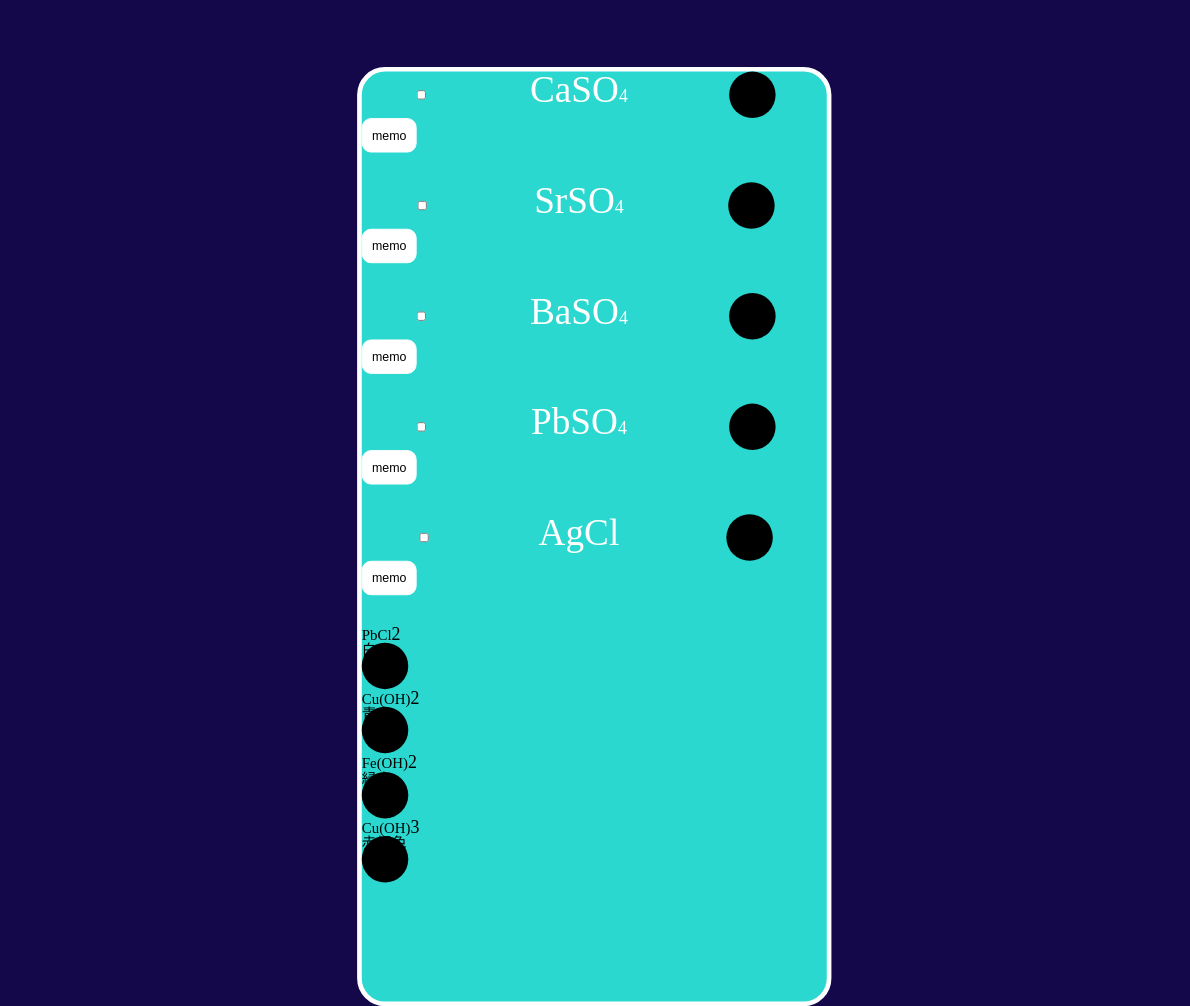
Repository: 1000sky/Inorganic_chemistry_application
Page: http://localhost/
An editor plug-in stored every save of this project. The page is shown before and after the next save, followed by the edit.
The browser window is 1280 px wide. The pictures show the whole page, at 93% of full size.
The page is served by the project's Laravel application, run on PHP 8.4 with Laravel 8. Other server files are loaded and not shown.

Above is the page before, as saved 2022-07-12 20:25:58.

### application/routes/web.php
<?php

use Illuminate\Support\Facades\Route;

/*
|--------------------------------------------------------------------------
| Web Routes
|--------------------------------------------------------------------------
|
| Here is where you can register web routes for your application. These
| routes are loaded by the RouteServiceProvider within a group which
| contains the "web" middleware group. Now create something great!
|
*/

Route::get('/home', function () {
    return view('welcome');
});

Route::get('/dashboard', function () {
    return view('dashboard');
})->middleware(['auth'])->name('dashboard');

require __DIR__.'/auth.php';



Route::get('/', function () {
    return view('index');
});

Route::get('/start', function () {
    return view('start');
})->middleware('auth');

Route::get('/explanation', function () {
    return view('explanation');
});

### application/resources/views/index.blade.php
<!DOCTYPE html>
<html lang="ja">
<head>
    <meta charset="UTF-8">
    <meta name="viewport" content="width=device-width, initial-scale=1.0">
    <meta http-equiv="X-UA-Compatible" content="ie=edge">
    <title>Inorganic_chemistry_application</title>
    <link rel="stylesheet" href="css/reset.css" >
    <link rel="stylesheet" href="css/index.css" />

    <script language="JavaScript"><!--
      function setTF(fObj,vType)
      {
        fObj.style.visibility = vType;
      }
       --></script>
</head>
<body>
    <div class=card>
        <div class=memorize>
          <input type="checkbox" class=checkbox name="">
          <div class=Chemical-formula>CaSO<span>4</span></div>
          <div class=circle></div>
        </div>
        <form>
          <input type="button" class=button name="" value="memo" onClick="setTF(this.form.text1,'visible')">
          <input type="text" name="text1" style="visibility:hidden"><br>
        </form>
        <br>
        <br>


        <div class=memorize>
          <input type="checkbox" class=checkbox name="">
          <div class=Chemical-formula>SrSO<span>4</span></div>
          <div class=circle></div>
        </div>
        <form>
          <input type="button" class=button name="" value="memo" onClick="setTF(this.form.text1,'visible')">
          <input type="text" name="text1" style="visibility:hidden"><br>
        </form>
        <br>
        <br>


        <div class=memorize>
          <input type="checkbox" class=checkbox name="">
          <div class=Chemical-formula>BaSO<span>4</span></div>
          <div class=circle></div>
        </div>
        <form>
          <input type="button" class=button name="" value="memo" onClick="setTF(this.form.text1,'visible')">
          <input type="text" name="text1" style="visibility:hidden"><br>
        </form>
        <br>
        <br>


        <div class=memorize>
          <input type="checkbox" class=checkbox name="">
          <div class=Chemical-formula>PbSO<span>4</span></div>
          <div class=circle></div>
        </div>
        <form>
          <input type="button" class=button name="" value="memo" onClick="setTF(this.form.text1,'visible')">
          <input type="text" name="text1" style="visibility:hidden"><br>
        </form>
        <br>
        <br>


        <div class=memorize>
          <input type="checkbox" class=checkbox name="">
          <div class=Chemical-formula>AgCl</div>
          <div class=circle></div>
        </div>
        <form>
          <input type="button" class=button name="" value="memo" onClick="setTF(this.form.text1,'visible')">
          <input type="text" name="text1" style="visibility:hidden"><br>
        </form>
        <br>
        <br>




     <div>PbCl<span>2</span> <div class=circle>白</div> </div>


     <div>Cu(OH)<span>2</span> <div class=circle>青白</div> </div>
     <div>Fe(OH)<span>2</span> <div class=circle>緑白</div> </div>
     <div>Cu(OH)<span>3</span> <div class=circle>赤褐色</div> </div>


     {{-- 水酸化物まで --}}

    </div>

</body>
</html>

### application/public/css/index.css
body {
    background-color: rgb(20, 8, 75);
}

.card {
  position: absolute;
  top: 10%;
  left: 30%;
  width: 500px;
  height: 1000px;
  background-color: rgb(42, 216, 208);
  border: solid 5px white;
  border-radius: 30px;
}
.checkbox{
    width: 10px;

}
.memorize{
  display: flex;
  justify-content: space-around;
}

.Chemical-formula {
    color: white;
    font-size: 2.5rem;
}

.circle{
  width: 50px;
  height: 50px;
  background: black;
  border-radius: 50%;

}
.circle:hover{
    background-color: white;

}

.button{
    border-radius: 10px;
    border: solid 1px white;
    background-color: white;
    padding: 10px;
}

span {
  font-size: 1.2rem;
}

Loaded but not shown: application/routes/auth.php (common file); application/public/css/reset.css (common file)

After the next save:
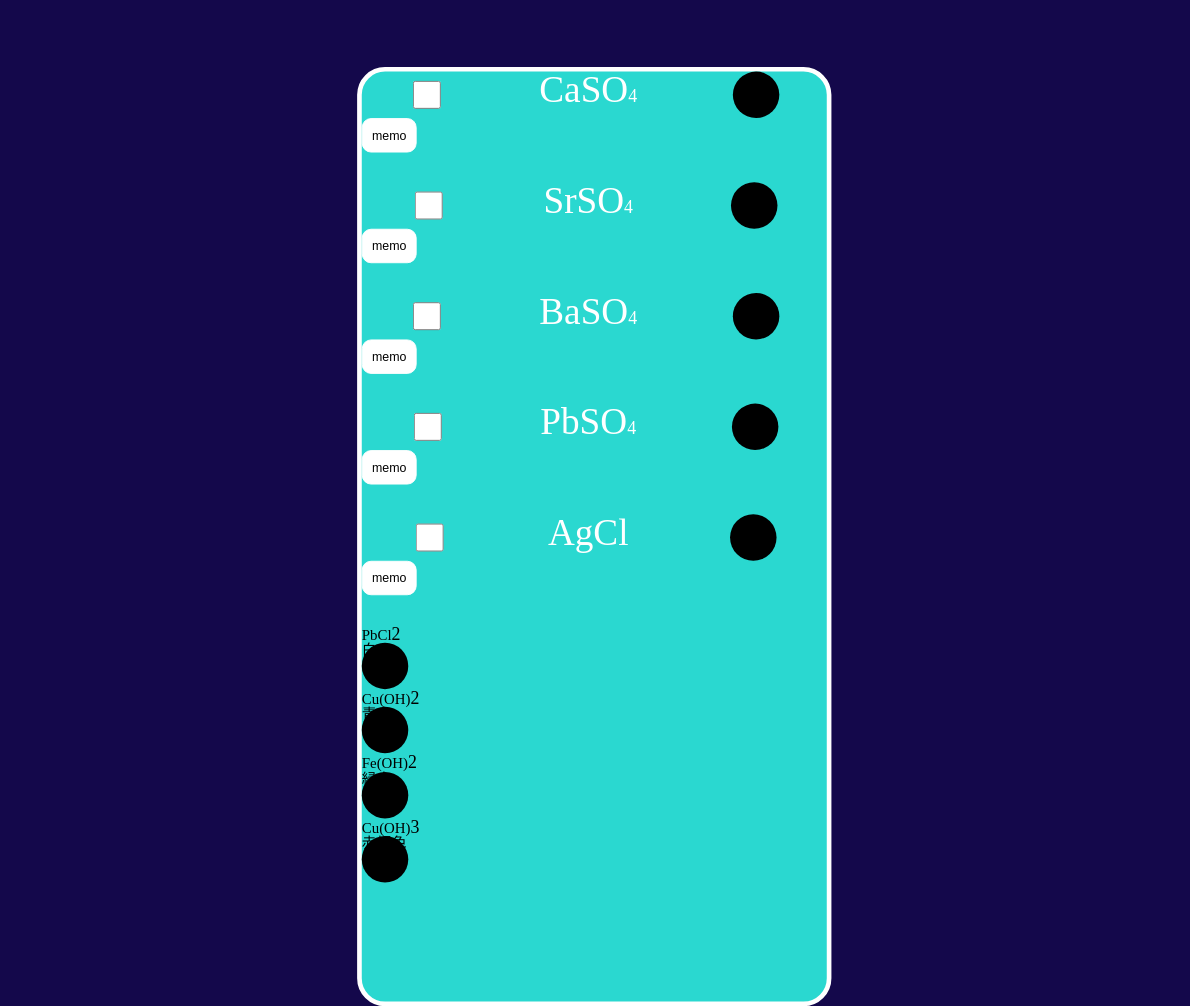
Saved 10 s later.
--- a/application/public/css/index.css
+++ b/application/public/css/index.css
@@ -13,7 +13,7 @@ body {
   border-radius: 30px;
 }
 .checkbox{
-    width: 10px;
+    width: 30px;
 
 }
 .memorize{
